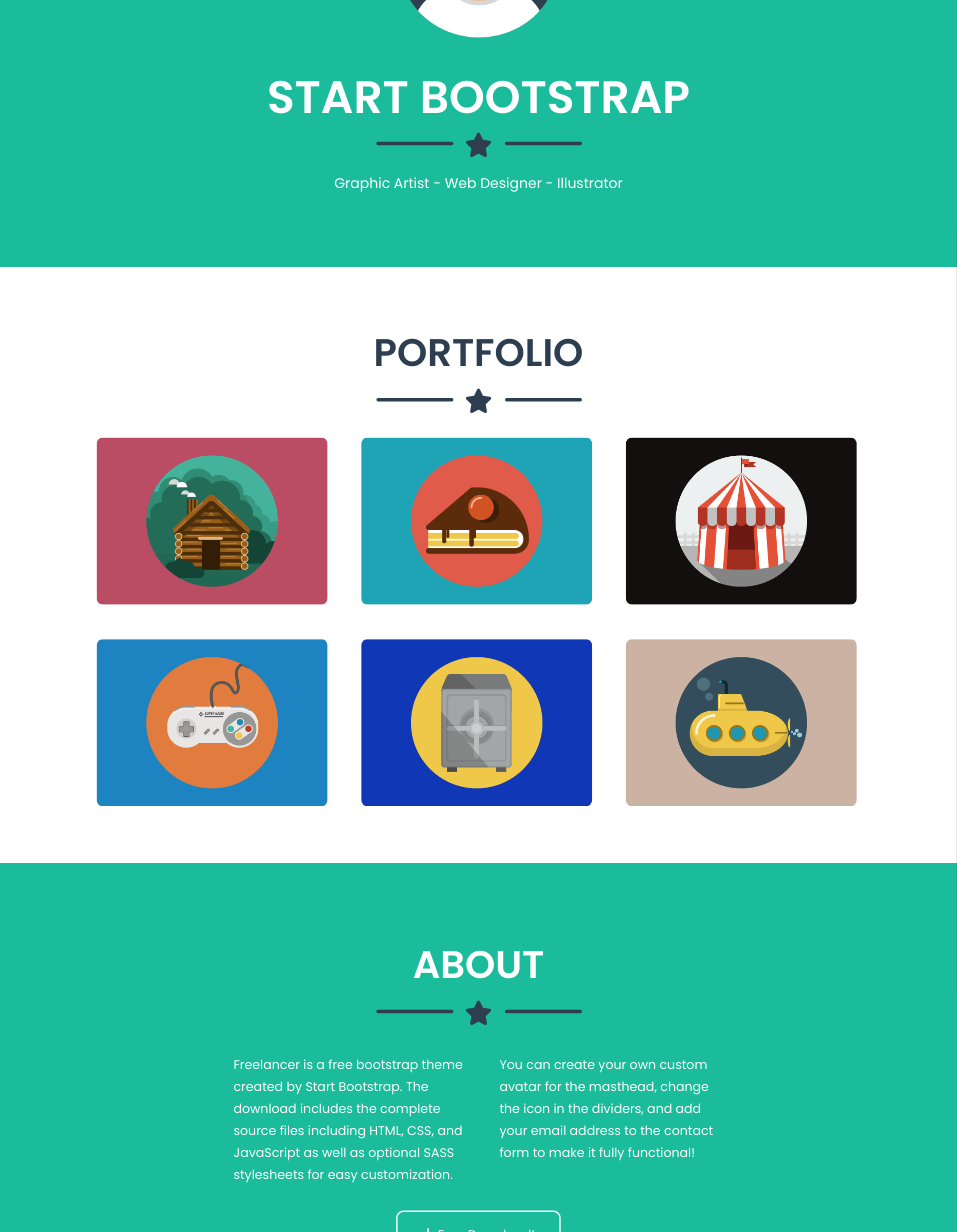
Repository: sSoRaK/web-cut-by-figma_train
Page: bai02/index.html
The author's editor kept a copy of each file at every save. The page is drawn from the files as they stood at one save, then again after the next save.
The browser window is 1280 px wide. The page is 1367 px wide, so the pictures cover 1367 px, including what lies to the right of the window. The pictures show the part of the page from y = 399 to 2159 px (the page is 3592 px tall), at 70% of full size.

Above is the page before, as saved 2023-06-02 15:10:58.

### bai02/index.html
<!DOCTYPE html>
<html lang="en">
  <head>
    <meta charset="UTF-8" />
    <meta http-equiv="X-UA-Compatible" content="IE=edge" />
    <meta name="viewport" content="width=device-width, initial-scale=1.0" />
    <title>Start Bootstrap</title>
    <link rel="stylesheet" href="./style.css" />
    <link
      href="https://fonts.googleapis.com/css2?family=Poppins:wght@100;200;300;400;500;600&display=swap"
      rel="stylesheet"
    />
    <link
      rel="stylesheet"
      href="https://cdnjs.cloudflare.com/ajax/libs/font-awesome/6.4.0/css/all.min.css"
      integrity="sha512-iecdLmaskl7CVkqkXNQ/ZH/XLlvWZOJyj7Yy7tcenmpD1ypASozpmT/E0iPtmFIB46ZmdtAc9eNBvH0H/ZpiBw=="
      crossorigin="anonymous"
      referrerpolicy="no-referrer"
    />
  </head>
  <body>
    <div class="container">
      <!-- header menu -->
      <header>
        <div class="header-logo">
          <h2>Start Bootstrap</h2>
        </div>
        <nav>
          <ul>
            <li><a href="#">PORTFOLIO</a></li>
            <li><a href="#">ABOUT</a></li>
            <li><a href="#">CONTACT</a></li>
          </ul>
        </nav>
      </header>
      <!-- header menu -->
      <!-- main -->
      <main>
        <!-- block 01 -->
        <section class="block01 start-bootstrap">
          <img
            src="./resources/avataaars.png"
            alt="avatar"
            srcset="./resources/avataaars.png 2x"
          />
          <h3>START BOOTSTRAP</h3>
          <div class="star-line">
            <i class="fa-solid fa-star"></i>
          </div>
          <p>Graphic Artist - Web Designer - Illustrator</p>
        </section>
        <!-- block 01 -->

        <!-- block 02 -->
        <section class="block02 portfolio">
          <h4>PORTFOLIO</h4>
          <div class="star-line">
            <i class="fa-solid fa-star"></i>
          </div>
          <div class="img-list">
            <img
              src="./resources/cabin.png"
              alt="cabin"
              srcset="./resources/cabin.png 2x"
            />
            <img
              src="./resources/cake.png"
              alt="cake"
              srcset="./resources/cake.png"
            />
            <img
              src="./resources/circus.png"
              alt="circus"
              srcset="./resources/circus.png 2x"
            />
            <img
              src="./resources/game.png"
              alt="game"
              srcset="./resources/game.png 2x"
            />
            <img
              src="./resources/safe.png"
              alt="safe"
              srcset="./resources/safe.png 2x"
            />
            <img
              src="./resources/submarine.png"
              alt="submarine"
              srcset="./resources/submarine.png 2x"
            />
          </div>
        </section>
        <!-- block 02 -->

        <!-- block 03 -->
        <section class="block03 about">
          <h4>ABOUT</h4>
          <div class="star-line">
            <i class="fa-solid fa-star"></i>
          </div>
          <div iv class="content">
            <div class="left-content">
              Freelancer is a free bootstrap theme created by Start Bootstrap.
              The download includes the complete source files including HTML,
              CSS, and JavaScript as well as optional SASS stylesheets for easy
              customization.
            </div>
            <div class="right-content">
              You can create your own custom avatar for the masthead, change the
              icon in the dividers, and add your email address to the contact
              form to make it fully functional!
            </div>
          </div>
          <button><i class="fa-solid fa-download"></i> Free Download!</button>
        </section>
        <!-- block 03 -->

        <!-- block 04 -->
        <section class="block04 contact-me">
          <h4>CONTACT ME</h4>
          <div class="star-line">
            <i class="fa-solid fa-star"></i>
          </div>
          <div class="form">
            <form action="#" method="post">
              <div class="block">
                <label for="name">Name</label>
                <input type="text" name="name" id="name" />
              </div>
              <div class="block">
                <label for="email">Email Address</label>
                <input type="email" name="email" id="email" />
              </div>
              <div class="block">
                <label for="phone-number">Phone Number</label>
                <input type="number" name="phone-number" id="phone-number" />
              </div>
              <div class="block">
                <label for="message">Message</label>
                <textarea
                  name="message"
                  id="message"
                  style="resize: none"
                ></textarea>
              </div>
              <div class="send-btn">
                <input type="submit" value="Send" />
              </div>
            </form>
          </div>
        </section>
        <!-- block 04 -->
      </main>
      <footer>
        <div class="wrapper">
          <div class="location">
            <h5>LOCATION</h5>
            <p>2215 John Daniel Drive Clark, MO 65243</p>
          </div>
          <div class="around-the-web">
            <h5>AROUND THE WEB</h5>
            <div class="icon-web">
              <i class="fa-brands fa-facebook-f"></i>
              <i class="fa-brands fa-twitter"></i>
              <i class="fa-brands fa-linkedin-in"></i>
              <i class="fa-brands fa-dribbble"></i>
            </div>
          </div>
          <div class="about-freelancer">
            <p>
              Freelancer is a free to use, MIT licensed Bootstrap theme created
              by <span>Start Bootstrap</span>.
            </p>
          </div>
        </div>
        <p class="copyright-footer">Copyright &copy; Your Website 2020</p>
      </footer>
      <!-- main -->
    </div>
  </body>
</html>

### bai02/style.css
* {
  margin: 0;
  padding: 0;
  box-sizing: border-box;
  font-family: "Poppins", sans-serif;
  list-style: none;
  text-decoration: none;
}
body {
  background-color: #0e0e0e;
  height: 2400px;
}
.container {
  width: 1367px;
  background-color: #2c3e50;
  margin: 0 auto;
}
/* header menu */
header {
  height: 100px;
  color: #ffffff;
  display: flex;
  justify-content: space-between;
  align-items: center;
  margin: 0 155px 0 130px;
}
.header-logo {
  text-transform: uppercase;
  font-weight: 700;
  font-size: 20px;
  cursor: pointer;
}
nav ul {
  display: flex;
  gap: 40px;
}

ul li a {
  color: #ffffff;
  font-weight: 600;
  font-size: 18px;
}
/* header menu */
/* main */

/* block 01 */
.block01 {
  /* position: relative; */
  height: 680px;
  background-color: #1abc9c;
  color: #ffffff;
  text-align: center;
  padding: 102px 0;
}
.block01 img {
  width: 250px;
  height: 250px;
  margin-bottom: 30px;
}
.block01 h3 {
  font-size: 65px;
}
.star-line {
  margin-bottom: 20px;
}
.block01 p {
  font-size: 20px;
}
/* block 01 */
/* block 02 */
.block02 {
  height: 852px;
  background-color: #ffffff;
  color: #ffffff;
  padding: 80px 0;
}
.block02 h4,
.block03 h4,
.block04 h4 {
  text-align: center;
  color: #2c3e50;
  font-size: 55px;
  margin-bottom: 10px;
}
/* làm star line */
.star-line {
  position: relative;
  color: #2c3e50;
  text-align: center;
}
.fa-star {
  font-size: 35px;
}
.star-line::before {
  position: absolute;
  content: "";
  width: 110px;
  height: 5px;
  bottom: 50%;
  left: 50%;
  background-color: #2c3e50;
  transform: translateX(-133%);
  border-radius: 10px;
}
.star-line::after {
  position: absolute;
  content: "";
  width: 110px;
  height: 5px;
  bottom: 50%;
  right: 50%;
  background-color: #2c3e50;
  transform: translateX(134%);
  border-radius: 10px;
}
/* phần image list */
.img-list {
  display: grid;
  grid-template-rows: repeat(2, 240px);
  grid-template-columns: repeat(3, 330px);
  gap: 48px;
  margin: 32px 138px 0 138px;
}
.img-list img {
  width: 330px;
  height: 240px;
  object-fit: contain;
  border-radius: 10px;
}
/* block 02 */

/* block 03 */
.block03 {
  height: 610px;
  background-color: #1abc9c;
  text-align: center;
  padding: 102px 0;
}
.block03 h4 {
  color: #ffffff;
}
.content {
  display: flex;
  width: 700px;
  height: 180px;
  margin: 38px auto 45px auto;
  column-gap: 50px;
  color: #ffffff;
}
.left-content,
.right-content {
  font-size: 18px;
  line-height: 1.75em;
  text-align: left;
}
.left-content {
  width: 330px;
}
.right-content {
  width: 320px;
}
/* button */
.block03 button {
  width: 235px;
  height: 66px;
  background-color: transparent;
  border: 2px solid #ffffff;
  border-radius: 10px;
  color: #ffffff;
  cursor: pointer;
  font-size: 18px;
}
/* block 03 */

/* block 04 */
.block04 {
  height: 977px;
  background-color: #fff;
  padding: 80px 0;
}
.form {
  width: 720px;
  height: 610px;
  margin: 75px auto;
}
.block {
  width: 100%;
  height: 65px;
  margin-bottom: 20px;
}
.block:not(:first-child) {
  margin-top: 35px;
}
.block label {
  color: #6c757d;
  font-size: 20px;
}
.block input,
.block #message {
  display: block;
  width: 100%;
  border: none;
  border-bottom: 1.5px solid #6c757d;
  margin-top: 15px;
}
.block textarea {
  height: 180px;
}
.send-btn {
  margin-top: 190px;
  width: 100px;
  height: 68px;
}
.send-btn input {
  font-size: 18px;
  border: none;
  color: #fff;
  background-color: #1abc9c;
  padding: 25px 30px;
  border-radius: 10px;
  cursor: pointer;
}
/* block 04 */
/* main */

/* footer */
footer {
  height: 373px;
}
footer .copyright-footer {
  position: absolute;
  height: 71px;
  text-align: center;
  color: #fff;
  background-color: #19232d;
}
/* footer */

After the next save:
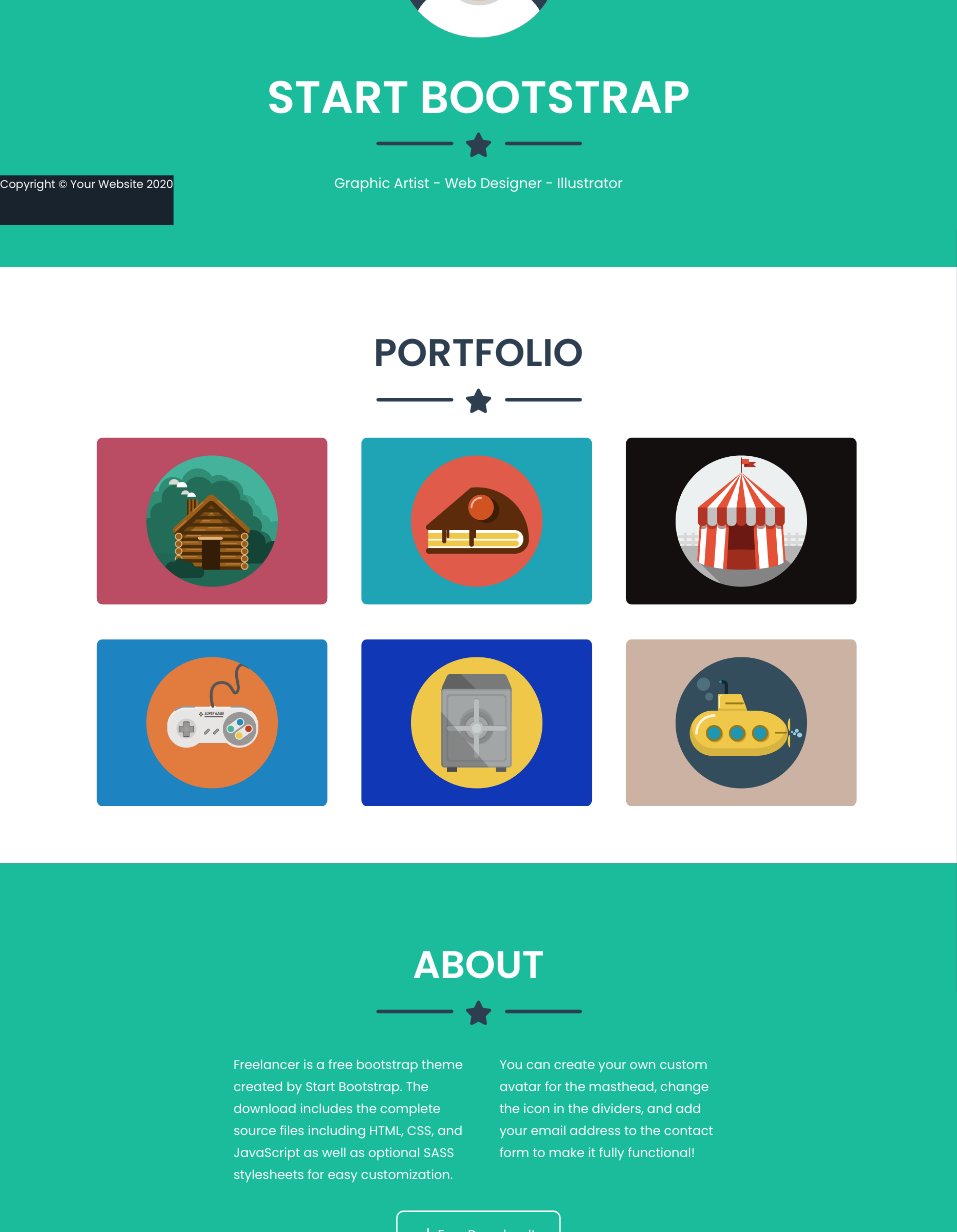
Saved 9 s later.
--- a/bai02/style.css
+++ b/bai02/style.css
@@ -233,5 +233,7 @@ footer .copyright-footer {
   text-align: center;
   color: #fff;
   background-color: #19232d;
+  bottom: 0;
+  left: 0;
 }
 /* footer */
